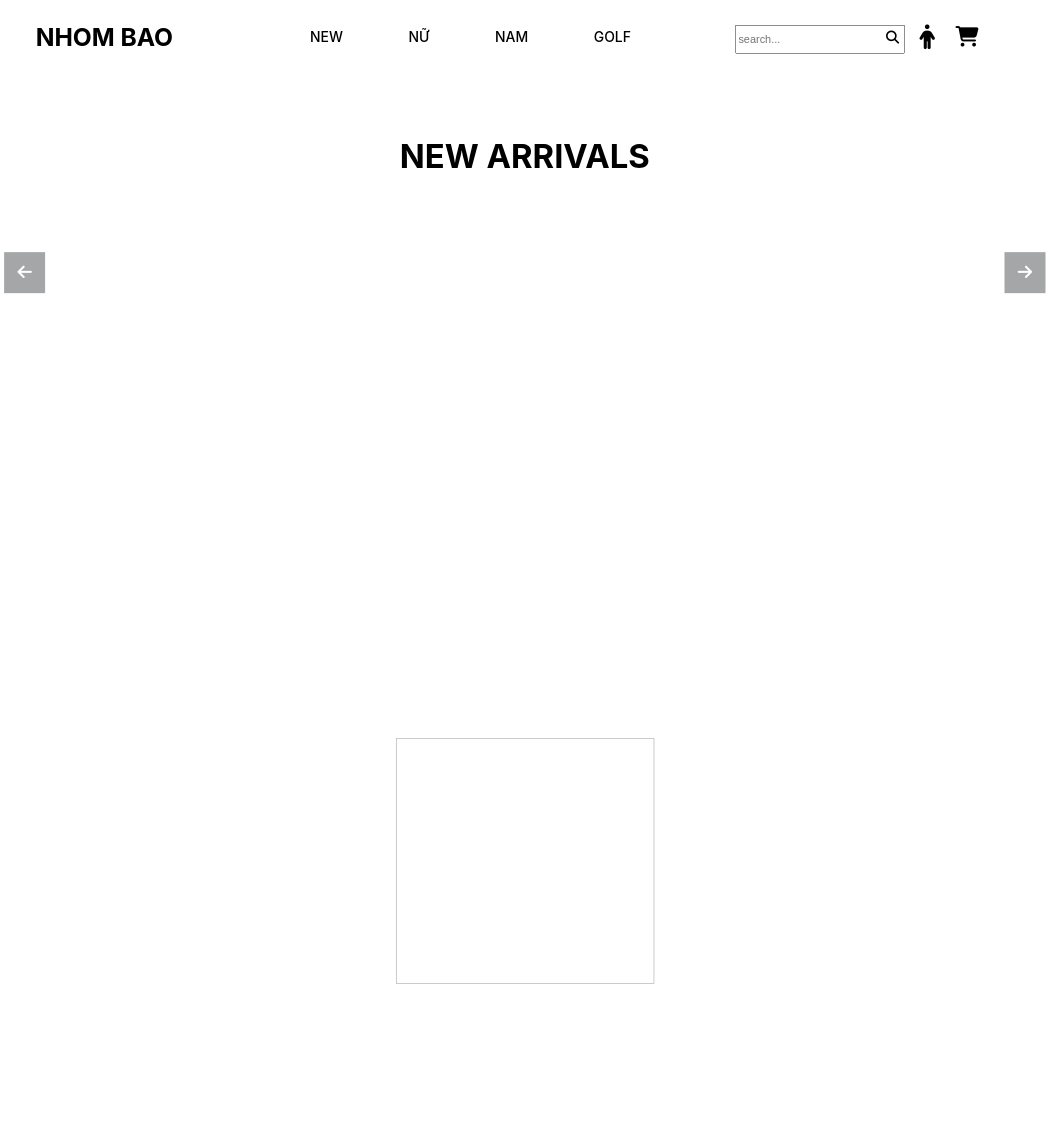
Repository: 0584386177/CuoiKiReactJs
Page: /
An editor plug-in stored every save of this project. The page is shown before and after the next save, followed by the edit.
The browser window is 1280 px wide. The pictures show the whole page, at 82% of full size.
Pictures or frames that could not be fetched are drawn as grey boxes. The page's requests for data from a server got no answer. The project was rebuilt for these pictures with package versions that can differ from the ones it lists, and the page was loaded fresh each time. No one was signed in, and anything a server would have sent is missing. Also part of the build but not shown: src/components/Men/Men.jsx, src/components/Women/Women.jsx.

Above is the page before, as saved 2023-11-10 23:30:38.

### src/App.js
import React from 'react';
import Page from './components/Page/Page';
import { Route,Routes } from 'react-router-dom';
import Men from './components/Men/Men';
import Women from './components/Women/Women';

const App = () => {
  return (
    <div>
      <Routes>
        <Route path='/' element = {<Page></Page>}></Route>
        <Route path='/women' element = {<Women></Women>}></Route>
        <Route path='/men' element={<Men></Men>}></Route>
      </Routes>
    </div>
  );
};

export default App;

### src/components/Page/Page.jsx
import React from 'react';
import Header from './Header';
import styled from 'styled-components';
import Slider from './Slider';
import NewArrivals from './NewArrivals';
const PageWrapper = styled.div`
    width: 100%;
    height: 100vh;
    max-width:1980px;
    margin: 0 auto;

`
const Page = () => {
    return (
        <PageWrapper>
        <Header/>
        <Slider/>
        <NewArrivals/>
        </PageWrapper>
    );
};

export default Page;

### src/components/Page/Header.jsx
import React from "react";
import styled from "styled-components";

const HeaderWrapper = styled.div`
  width: 100%;
  height: 90px;
  display: flex;
  justify-content: space-around;
  align-items: center;
`;
const HeaderLogo = styled.div`
  font-size: 15px;
`;
const HeaderMenu = styled.div`
  ul {
    display: flex;
    list-style: none;

    li {
      padding: 10px 20px;

      a {
        display: block;
        padding: 10px 20px;
        text-decoration: none;
        color: #000;
        font-weight: 500;
        font-size: 17px;
        position: relative;
      }
      a::before {
        content: "";
        position: absolute;
        left: 0;
        bottom: 0;
        height: 2px;
        background: #000000;
        transition: all 0.3s ease;
      }
      a:hover::before {
        width: 100%;
        animation: fluent 0.5s forwards;
      }
    }

    @keyframes fluent {
      0% {
        width: 0px;
      }
      100% {
        width: 100%;
      }
    }
  }
`;
const HeaderFeatures = styled.div`
  display: flex;
  align-items: center;
  width: 340px;
  height: 100%;
`;
const HeaderSearch = styled.div`
  width: 200px;
  height: 30px;
  position: relative;

  input {
    width: 200px;
    height: 30px;
  }
  i {
    position: absolute;
    right: 0;
    top: 50%;
    transform: translateY(-50%);
  }
`;
const HeaderAccount = styled.div`
  margin: 0px 25px;
  font-size: 30px;
`;
const HeaderCart = styled.div`
    font-size: 25px;
`;

const Header = () => {
  return (
    <HeaderWrapper>
      <HeaderLogo>
        <h1>NHOM BAO</h1>
      </HeaderLogo>
      <HeaderMenu>
        <ul>
          <li>
            <a href="#">NEW</a>
          </li>
          <li>
            <a href="#">NỮ</a>
          </li>
          <li>
            <a href="#">NAM</a>
          </li>
          <li>
            <a href="#">GOLF</a>
          </li>
        </ul>
      </HeaderMenu>
      <HeaderFeatures>
        <HeaderSearch className="search">
          <input type="text" placeholder="search..."></input>
          <i class="fa-solid fa-magnifying-glass"></i>
        </HeaderSearch>
        <HeaderAccount className="account">
          <i class="fa-solid fa-person"></i>
        </HeaderAccount>
        <HeaderCart className="cart">
          <i class="fa-solid fa-cart-shopping"></i>
        </HeaderCart>
      </HeaderFeatures>
    </HeaderWrapper>
  );
};

export default Header;

### src/components/Page/Slider.jsx
import React, { useState } from "react";
import styled from "styled-components";

const SliderWrapper = styled.div`
  width: 100%;
  height :800px;
  position: relative;
`;
const SliderButton = styled.div`
  width: 100%;
  position: absolute;
  top: 29%;
  left: 0;
  transform: translateY(-29%);
  display: flex;
  justify-content: space-between;
  align-items: center;
`;
const SliderNext = styled.button`
  width: 50px;
  height: 50px;
  color: white;
  background-color: rgba(76, 78, 80, 0.5);
  outline: none;
  border: none;
  margin-right: 5px;
  font-size: 20px;
  cursor: pointer;
`;
const SliderPre = styled.button`
  width: 50px;
  height: 50px;
  color: white;
  background-color: rgba(76, 78, 80, 0.5);
  outline: none;
  border: none;
  margin-left: 5px;
  font-size: 20px;
  cursor: pointer;
`;
const ArrivalsTitle = styled.div`
  position: relative;

  h1{
    position:absolute;
    top: 50%;
    left: 50%;
    transform: translate(-50%,-50%);
    margin: 5rem 0px;
    font-size: 40px;
  }
`
const Slider = () => {
  const arrayImage = [
    "https://file.hstatic.net/1000143422/file/desktop_banner_slider_1920x600_2link_ult-trn_4b3327ceb7184530ae9783ad00500c46.jpg",
    "https://file.hstatic.net/1000143422/file/desktop_banner_slider_1920x600_2link_street_9e990a78d04646e3ae0fe35feb29b499.jpg",
    "https://file.hstatic.net/1000143422/file/hero-desk_c4-w-1920x720_0cadeff9488b4baab4c417601e60ba7a.jpg",
    "https://file.hstatic.net/1000143422/file/ec-desktop_banner_1920x600px_062fbb7c60db49ada98de87f9f03862c.png",
    "https://file.hstatic.net/1000143422/file/desktop_banner_slider_1920x600_2link_soft_dd3b9719fd3e4818bb108c020a9af7a2.jpg",
  ];

  let [ImageIndexCurrent, setImageIndexCurrent] = useState(0);
  const handleClickNext = () => {
    setImageIndexCurrent(ImageIndexCurrent + 1);
    if (ImageIndexCurrent === 4) setImageIndexCurrent(0);
  };
  const handleClickPre = () => {
    setImageIndexCurrent(ImageIndexCurrent - 1);
    if (ImageIndexCurrent === 0) setImageIndexCurrent(4);
  };

    setInterval(() => {
      setImageIndexCurrent(ImageIndexCurrent + 1);
      if(ImageIndexCurrent ===4) setImageIndexCurrent = 0;
    }, 1000);
  return (
    <SliderWrapper>
      <div className="image">
        <img src={arrayImage[ImageIndexCurrent]} alt=""></img>
      </div>
      <SliderButton>
        <SliderPre onClick={handleClickPre}>
          <i class="fa-solid fa-arrow-left"></i>
        </SliderPre>
        <SliderNext onClick={handleClickNext}>
          <i class="fa-solid fa-arrow-right"></i>
        </SliderNext>
      </SliderButton>
      <ArrivalsTitle>
        <h1>NEW ARRIVALS</h1>
      </ArrivalsTitle>

    </SliderWrapper>
  );
};

export default Slider;

### src/components/Page/NewArrivals.jsx
import React, { useEffect, useState } from "react";
import styled from "styled-components";

const ArrivalsWrapper = styled.div`
  width: 100%;
  height: 500px;
  display: flex;
  justify-content: center;
`;
// const ArrivalsTitle = styled.h1`
//   padding: 20px 0px;
// `;
const ArrivalsItems = styled.div`
  display: flex;
`;

const ArrivalsItem = styled.div`
  width: 315px;
  height: 405px;
  padding: 10px 10px;
  display: flex;
  flex-direction: column;
  align-items: center;
`;
const ItemImg = styled.img`
  width: 100%;
  height: 300px;
  object-fit: cover;
  flex-shrink: 0;
`;
const api = "http://localhost:3000/products";
const NewArrivals = () => {
  const [products, setProducts] = useState([null]);
  console.log(products);
  useEffect(() => {
    const fetchData = async () => {
      const response = await fetch(api);
      const data = await response.json();
      return setProducts(data);
    };
    fetchData();
  }, []);
  return (
    <ArrivalsWrapper>
      {/* <ArrivalsTitle>NEW ARRIVALS</ArrivalsTitle> */}

      <ArrivalsItems>
      {/* sử dụng slice để tạo ra 4 item từ  0 -> <4 */}
        {products.slice(0,4).map((item, index) => {
            return (
              <ArrivalsItem>
                <ItemImg src={item?.image} alt="" key={index} />
                <h4>{item?.name}</h4>
              </ArrivalsItem>
            );
          })}

      </ArrivalsItems>
    </ArrivalsWrapper>
  );
};

export default NewArrivals;

Loaded but not shown: public/index.html (common file); src/index.js (common file); src/index.css (common file); src/reportWebVitals.js (common file)

After the next save:
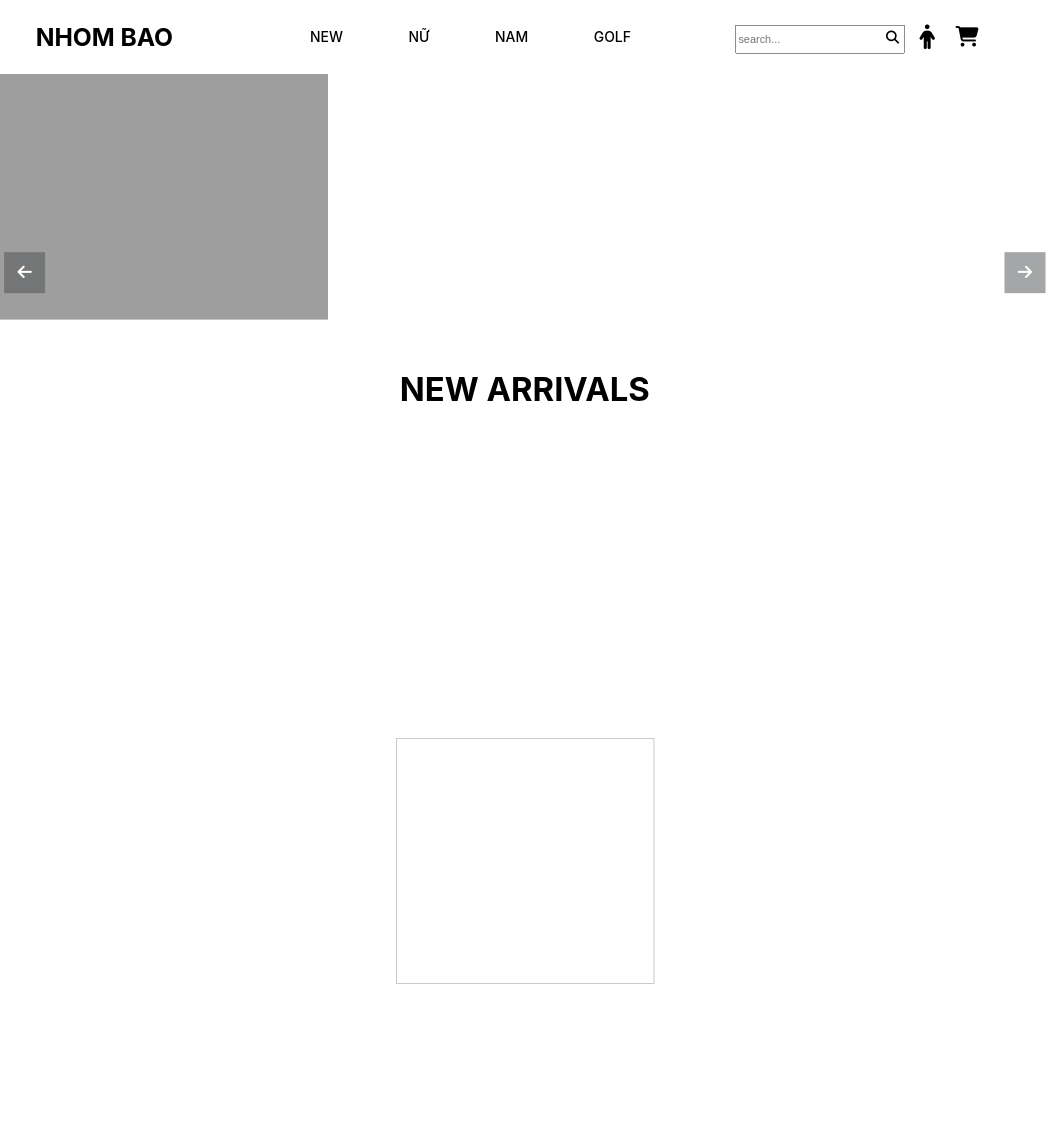
Saved 4 s later.
--- a/src/components/Page/Slider.jsx
+++ b/src/components/Page/Slider.jsx
@@ -71,7 +71,7 @@ const Slider = () => {
 
     setInterval(() => {
       setImageIndexCurrent(ImageIndexCurrent + 1);
-      if(ImageIndexCurrent ===4) setImageIndexCurrent = 0;
+      if(ImageIndexCurrent ===4) setImageIndexCurrent(0);
     }, 1000);
   return (
     <SliderWrapper>
